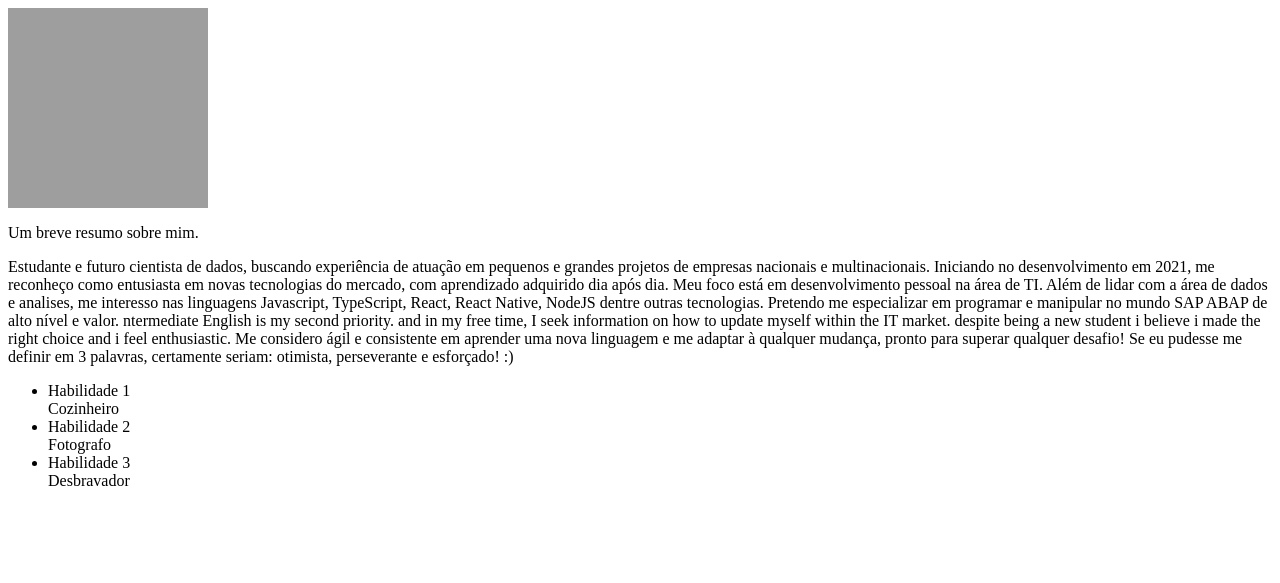
Repository: eupordias/frontarnia
Page: AULA 02/index.html
An editor plug-in stored every save of this project. The page is shown before and after the next save, followed by the edit.
The browser window is 1280 px wide. The pictures show the whole page.
Pictures or frames that could not be fetched are drawn as grey boxes.

Above is the page before, as saved 2023-08-03 19:59:27.

After the next save:
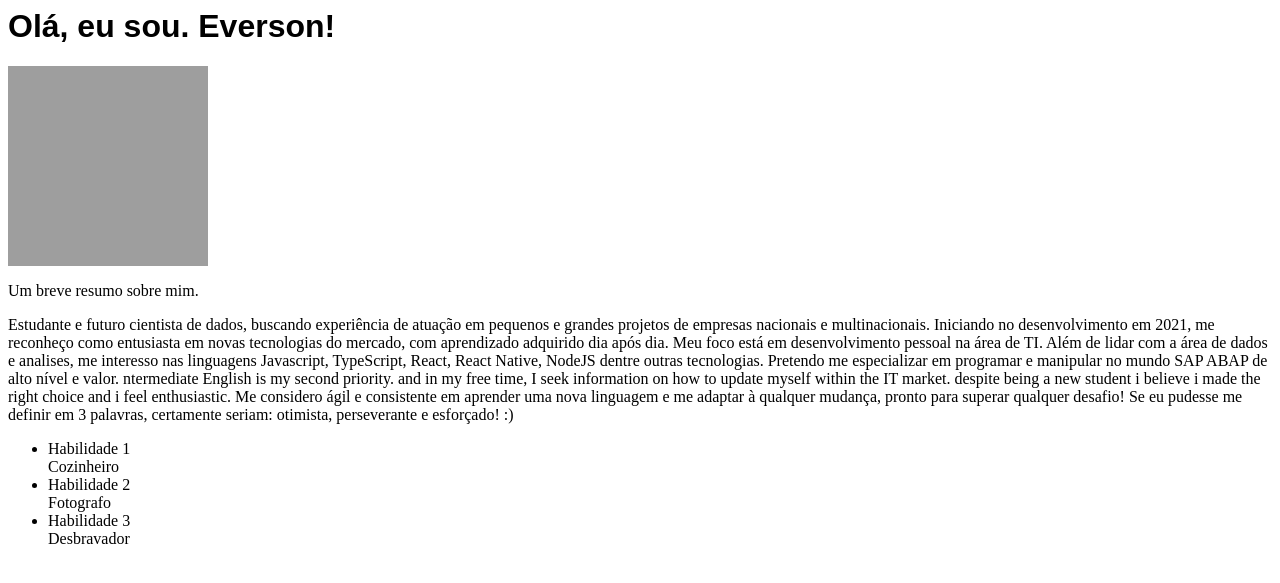
Saved 66 min 41 s later.
--- a/AULA 02/index.html
+++ b/AULA 02/index.html
@@ -1,4 +1,8 @@
 <div class="container">
+  <h1 style="font-family: 'Poppins', sans-serif;">
+     Olá, eu sou. Everson!
+  </h1>
+
   <img src="https://media.licdn.com/dms/image/C5603AQGnyJQuTSJRrg/profile-displayphoto-shrink_800_800/0/1636594837461?e=1696464000&v=beta&t=wppydGjIJ9HI1d0gVzgCOrSU7yKqXddpV5kfG7jlxxQ" alt="Foto" width="200" height="200">
   <p>Um breve resumo sobre mim.</p>
 
